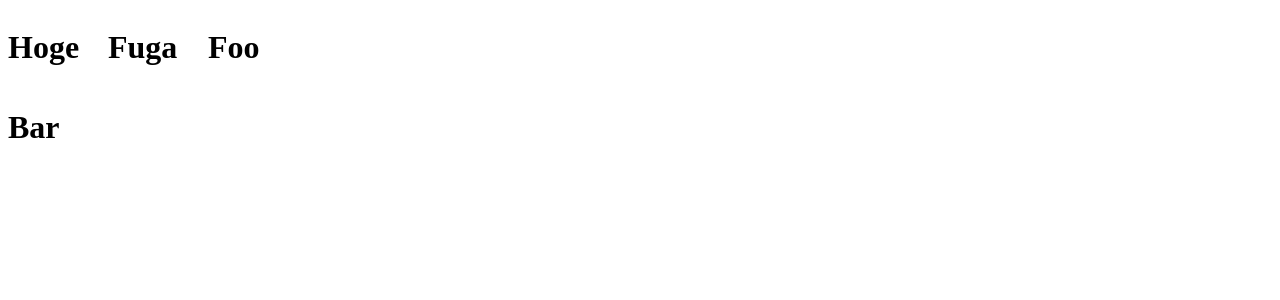
Repository: shirahamahiroki/samurai_HTML-CSS
Page: giji1.html
The author's editor kept a record of every edit. The page is drawn from the files as they stood at one moment, then again after the next edit.
The browser window is 1280 px wide. The pictures show the whole page.

Above is the page before.

After the next edit:
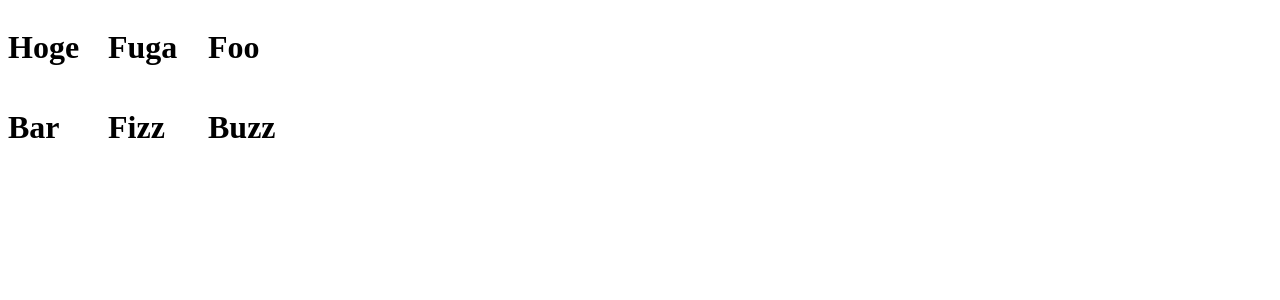
The edit:
--- a/giji1.html
+++ b/giji1.html
@@ -13,6 +13,8 @@
             <h1>Fuga</h1>
             <h1>Foo</h1>
             <h1>Bar</h1>
+            <h1>Fizz</h1>
+            <h1>Buzz</h1>
         </div>
     </body>
 </html>
